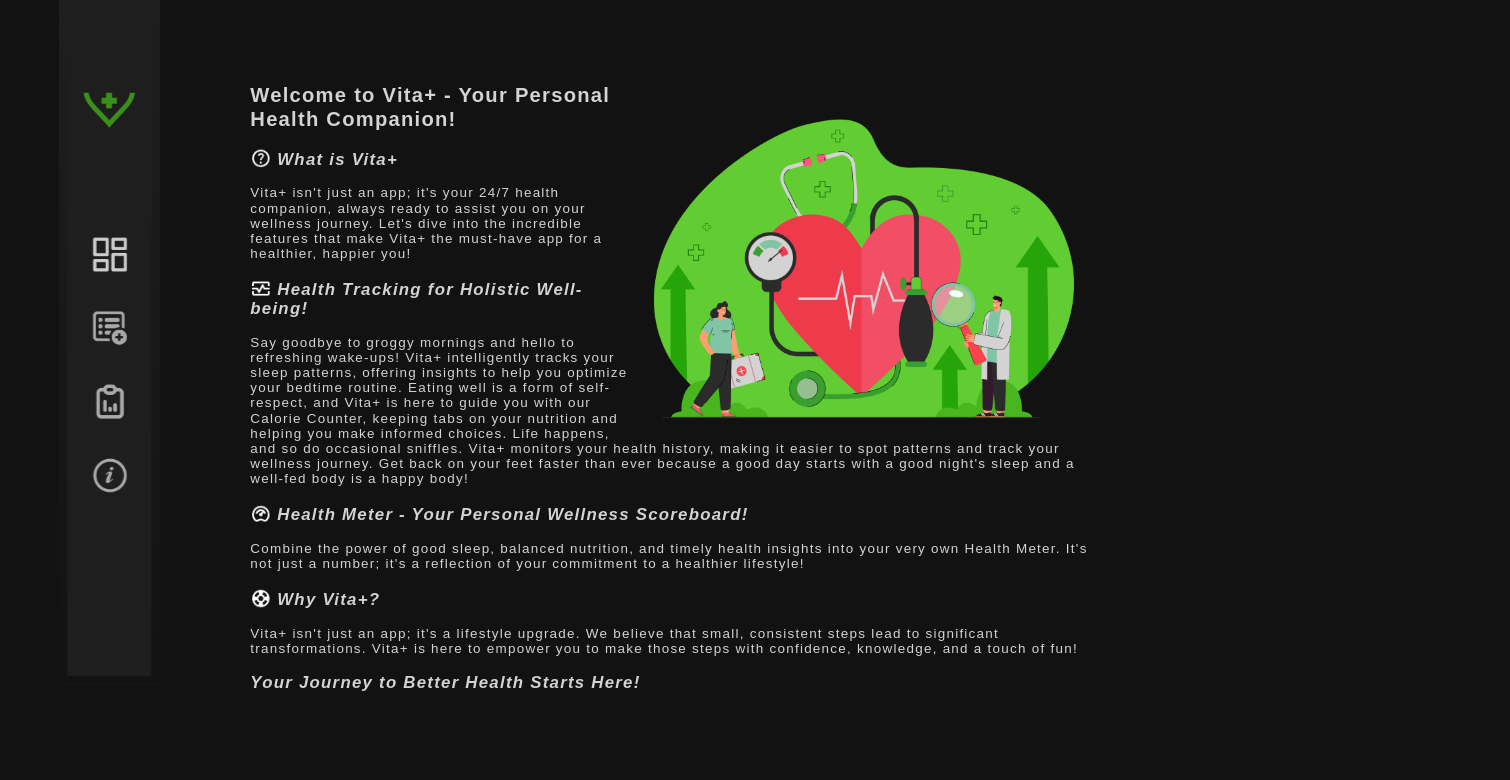
Repository: mhmd-bilal/health-analytics-dashboard
Page: http://localhost/project/info.jsp
The author's editor kept a copy of each file at every save. The page is drawn from the files as they stood at one save, then again after the next save.
The browser window is 1280 px wide. The page is 1309 px wide, then 1798 px, so the pictures cover 1798 px, including what lies to the right of the window. The pictures show the whole page, at 84% of full size.
Some web fonts or font styles are not loaded; a fallback is used. Some web libraries are served in a nearby version. The page is served by Tomcat 10. Other server files are loaded and not shown.

Above is the page before, as saved 2023-12-06 15:42:32.

### project/src/main/webapp/info.jsp
<%@ page import="project.SleepCalculator" %>
  <%@ page import="project.CaloriesCalculator" %>
    <%@ page import="project.IllnessCalculator " %>

      <html>

      <head>
        <meta charset="UTF-8">
        <meta name="viewport" content="width=device-width, initial-scale=1.0">
        <title>Your Health Dashboard</title>
        <link rel="stylesheet" href="https://fonts.googleapis.com/css?family=Kanit">
        <link rel="stylesheet" type="text/css" href="styles2.css">
        <meta name="viewport" content="width=device-width, initial-scale=1">
        <script src='https://cdnjs.cloudflare.com/ajax/libs/jquery/3.2.1/jquery.min.js'></script>
<link rel="stylesheet" href="https://fonts.googleapis.com/icon?family=Material+Icons">
        <script>
          // Use fetch to trigger the SleepAnalyticsServlet on page load
          function fetchSleepAnalytics() {
            fetch('SleepAnalyticsServlet')
              .then(response => response.text())
              .then(data => {
                // Optional: You can add logic to update the UI based on the response from the servlet
                console.log(data);
              })
              .catch(error => {
                console.error('Error:', error);
              });
          }
          function submitForm() {
            var inputValue = document.getElementById("inputValue").value;

            fetch('SaveToDatabaseServlet', {
              method: 'POST',
              headers: {
                'Content-Type': 'application/x-www-form-urlencoded',
              },
              body: 'inputValue=' + encodeURIComponent(inputValue),
            })
              .then(response => response.json())
              .then(data => {
                alert(data.message);
                if (data.recordAdded) {
                  alert('Record added successfully!');
                }
              })
              .catch(error => {
                console.error('Error:', error);
              });
          }

          function redirectToAddRecordPage() {
            window.location.href = 'addrecord.jsp';
          }



        </script>

      </head>
      <body style="overflow:hidden">
      <div class="sidenav">
    <a href="#" style="padding-bottom: 100px;padding-left: 10px;"><img style="width: 95%;filter: brightness(1);" src="logo.png"></a>
    <a class="active" href="index2.jsp"><img src="dashboard.png"></a>
    <a href="add.jsp"><img src="add.png"></a>
    <a href="anal.jsp"><img src="anal.png"></a>
    <a href="info.jsp"><img src="info.png"></a>
  </div>
        <div style="width:80%;font-spacing:1px;margin-top:100px;" class="main">
              <img src="infograhic.png" class="infograhic" height="400px" ></p>

                  <h2 style="font-weight: bolder;">Welcome to Vita+ - Your Personal Health Companion!</h2>
<p style="font-weight: bold;font-style:italic;font-size: 20px;;"><img src="help.png" style="margin-bottom:-5px;height:25px;filter: invert(100%)"> What is Vita+</p>
Vita+ isn't just an app; it's your 24/7 health companion, always ready to assist you on your wellness journey. Let's dive into the incredible features that make Vita+ the must-have app for a healthier, happier you!

<p style="font-weight: bold;font-style:italic;font-size: 20px;"><img src="health.png" style="margin-bottom:-5px;height:25px;filter: invert(100%)"> Health Tracking for Holistic Well-being!</p>
<p>Say goodbye to groggy mornings and hello to refreshing wake-ups! Vita+ intelligently tracks your sleep patterns, offering insights to help you optimize your bedtime routine. Eating well is a form of self-respect, and Vita+ is here to guide you with our Calorie Counter, keeping tabs on your nutrition and helping you make informed choices. Life happens, and so do occasional sniffles. Vita+ monitors your health history, making it easier to spot patterns and track your wellness journey. Get back on your feet faster than ever because a good day starts with a good night's sleep and a well-fed body is a happy body!</p>

<p style="font-weight: bold;font-style:italic;font-size: 20px;"><img src="hmeter.png" style="margin-bottom:-5px;height:25px;filter: invert(100%)"> Health Meter - Your Personal Wellness Scoreboard!</p>
Combine the power of good sleep, balanced nutrition, and timely health insights into your very own Health Meter. It's not just a number; it's a reflection of your commitment to a healthier lifestyle!

<p style="font-weight: bold;font-style:italic;font-size: 20px;"><img src="us.png" style="margin-bottom:-5px;height:25px;filter: invert(100%)"> Why Vita+?</p>
Vita+ isn't just an app; it's a lifestyle upgrade. We believe that small, consistent steps lead to significant transformations. Vita+ is here to empower you to make those steps with confidence, knowledge, and a touch of fun!

<p style="font-weight: bold;font-style:italic;font-size: 20px;">Your Journey to Better Health Starts Here!

      </div>

      </body>

      </html>

### project/src/main/webapp/styles2.css
body {
  font-family: "Montserrat", sans-serif;
  letter-spacing: 1.5px;
  background-color: #121212;
}

.sidenav {
  align-items: center;
  height: 100%;
  width: 100px;
  position: fixed;
  z-index: 1;
  top: 0;
  left: 0;
  background-color: #1E1E1E;
  overflow-x: hidden;
  padding-top: 75px;
  margin-left: 70px;
  margin-right: 100px;
  margin-top: 0px;
  border: 10px solid;
  border-image: linear-gradient(to bottom, #1E1E1E, #121212) 1;
}

.sidenav img {
  width: 75%;
}

.sidenav a {
  padding: 6px 6px 30px 25px;
  text-decoration: none;
  font-size: 25px;
  color: #d3d3d3;
  display: block;
  filter: brightness(0.8);
  transition: 0.2s;
}

.sidenav a:hover {
  filter: brightness(1.75);
}

.active img {
  filter: brightness(2);
}


.main {
  margin-left: 290px;
  margin-top: 100px;
  color: #d3d3d3;
  width: 1500px;
  height: 820px;
}

.container {
  display: flex;
}

.moodenter {
  border: 0px;
  border-radius: 25px;
  height: 50px;
  line-height: normal;
  color: #282828;
  display: block;
  width: 90%;
  box-sizing: border-box;
  user-select: auto;
  font-size: 16px;
  padding: 0 6px;
  padding-left: 30px;
  outline: none;
  background-color: #d3d3d3;
  margin-right: 10px;

}

.subbtn {
  width: 10%;
  display: inline-block;
  outline: none;
  cursor: pointer;
  font-size: 14px;
  line-height: 1;
  border-radius: 500px;
  transition-property: background-color, border-color, color, box-shadow, filter;
  transition-duration: .3s;
  border: 0px;
  letter-spacing: 2px;
  min-width: 160px;
  text-transform: uppercase;
  white-space: normal;
  font-weight: 700;
  text-align: center;
  padding: 16px 14px 18px;
  color: #fff;
  background-color: #49b51f;
  height: 48px;

  :hover {
    filter: brightness(1.75);
  }

}

.analytics_container {
  width: 100%;
  height: 60%;
  background-color: #121212;
  display: flex;
}

.pie {
  width: 40%;
}

.count {
  background-color: #1E1E1E;
  width: 60%;
  border: solid 8px transparent;
  border-radius: 80px;
  display: grid;
  background-image: linear-gradient(#1E1E1E, #1E1E1E), linear-gradient(to bottom, #1E1E1E, #121212);
  background-origin: border-box;
  background-clip: padding-box, border-box;
}

.counts {
  display: flex;
  margin-bottom: -60px;
}

.health-meter {
  padding: 0px 0px 10px 70px;
  display: flexbox;
  width: 83.5%;
}

.card {
  background-color: none;
  padding: 70px 0px 10px 70px;
  display: flexbox;
  width: 22.5%;
  height: 60%;
  height: 45%;
}

.count-icon {
  width: 60px;
  margin-left: -5px;
}

.count-text {
  font-size: 25px;
  line-height: 0px;
  font-weight: bolder;
  font-style: normal;
  margin-top: 30px;
}

.count-count {
  font-size: 18px;
  line-height: 0px;
  font-weight: lighter;
  margin-top: -12px;

}

.pbbg {
  background-color: #282828;
  width: 100%;
  height: 3%;
  border-radius: 80px;
}

.pb {
  background-color: #49b51f;
  height: 100%;
  border-radius: 80px;
}

.choose {
  width: 100%;
  height: 20%;
  background-color: #121212;
  display: flex;
}

.choose-card {
  height: 120%;
  width: 33%;
  align-items: center;
  text-align: center;
  background-image: linear-gradient(to bottom, #1E1E1E, #121212);
  ;
  border: #121212 solid 9px;
  border-radius: 40px 40px 0px 0px;
  padding: 60px 0px 0px 1px;
  transition: 1s;
  margin-top: 5px;
}

.choose-card a {
  background-color: transparent;
  outline: none;
  border: none;
}

.choose-card:hover {
  translate: 0 -5px;
}

#formFrame {
  margin-top: 200px;
}

.choose-card img {
  height: 70px;
}


.main-entry {
  width: 100%;
  height: 20%;
  text-align: center;
  color: #d3d3d3;
}

.date-pick {
  background-color: #1E1E1E;
  color: white;
  outline: none;
  border: none;
  border-radius: 25px;
  padding: 10px;
}

.subbtnentry {
  width: 40px;
  height: 30px;
  display: inline-block;
  outline: none;
  cursor: pointer;
  font-size: 14px;
  line-height: 1;
  border-radius: 500px;
  transition-property: background-color, border-color, color, box-shadow, filter;
  transition-duration: .3s;
  border: 0px;
  letter-spacing: 2px;
  min-width: 160px;
  text-transform: uppercase;
  white-space: normal;
  font-weight: 600;
  text-align: center;
  padding: 5px;
  color: #fff;
  background-color: #49b51f;
}
.chartFrame{
	outline: none;
	border: none;
	margin-top: 30px;
}

.md{
	text-align: center;
	color: #d3d3d3;
	z-index: 1;
	position: absolute;
	margin-top: -260px;
	margin-left: 245px;
}

.infograhic{
	z-index: 1;
	position: relative;
	padding-top: 20px;
	float: right;
}
@media screen and (max-height: 450px) {
  .sidenav {
    padding-top: 15px;
  }

  .sidenav a {
    font-size: 18px;
  }
}

[data-icon]:before {
  font-family: icons; /* BYO icon font, mapped smartly */
  content: attr(data-icon);
}

After the next save:
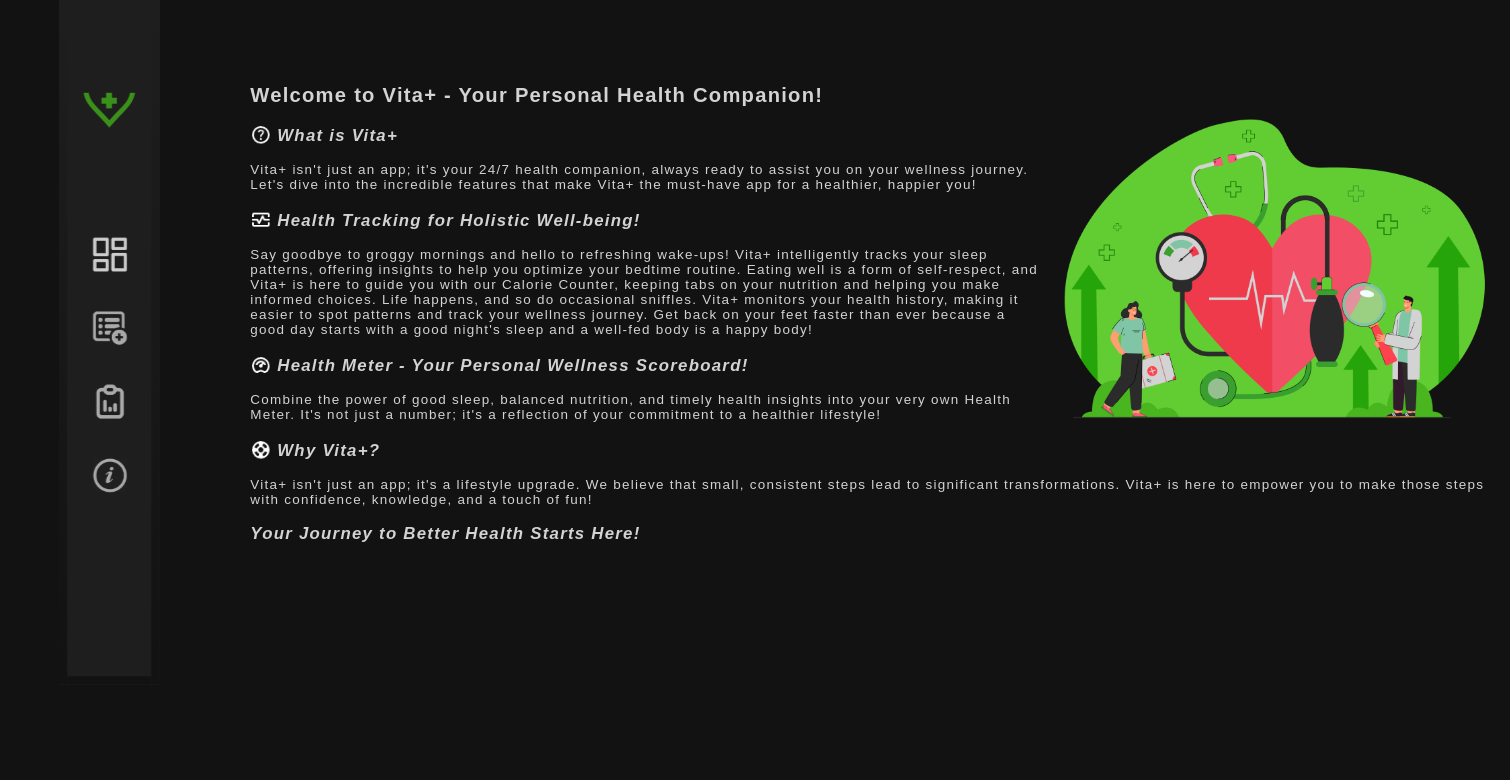
Saved 20 s later.
--- a/project/src/main/webapp/info.jsp
+++ b/project/src/main/webapp/info.jsp
@@ -65,7 +65,7 @@
     <a href="anal.jsp"><img src="anal.png"></a>
     <a href="info.jsp"><img src="info.png"></a>
   </div>
-        <div style="width:80%;font-spacing:1px;margin-top:100px;" class="main">
+        <div style="font-spacing:1px;margin-top:100px;" class="main">
               <img src="infograhic.png" class="infograhic" height="400px" ></p>
 
                   <h2 style="font-weight: bolder;">Welcome to Vita+ - Your Personal Health Companion!</h2>
